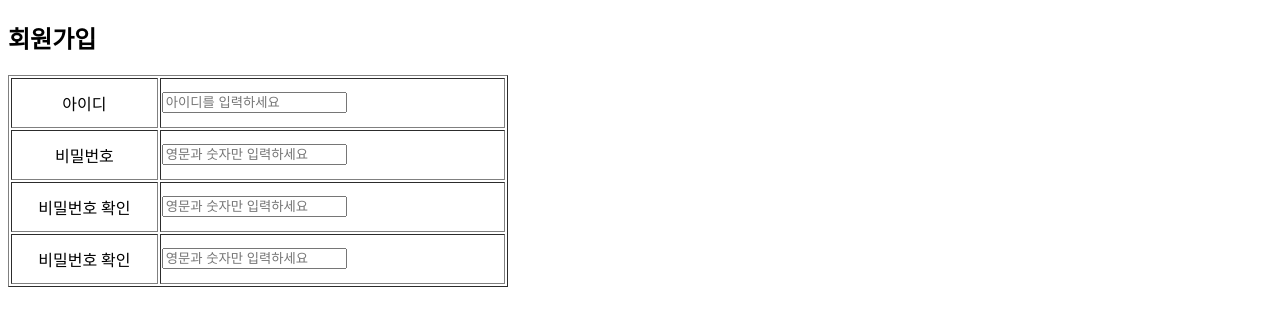
Repository: junirang330/Jsp2026
Page: http://localhost/chapter01/Request/Requestjoin.jsp
The author's editor kept a copy of each file at every save. The page is drawn from the files as they stood at one save, then again after the next save.
The browser window is 1280 px wide. The pictures show the whole page.
The page is served by Tomcat 9.

Above is the page before, as saved 2026-10-19 06:36:11.

### chapter01/src/main/webapp/Request/Requestjoin.jsp
<%@ page language="java" contentType="text/html; charset=UTF-8"
    pageEncoding="UTF-8" import = "java.util.*" %>
<!DOCTYPE html>
<html>
<head>
<meta charset="UTF-8">
<title>회원가입</title>
</head>
<body>
	<div class="container02">
		<h2>회원가입</h2>
		<form action="RequestjoinProc.jsp" method = "post">
			<table width="500" border="1">
				<tr height = "50">
					<td align = "center" width = "150">아이디</td>
					<td width = "350">
						<input type = "text" name = "id" placeholder = "아이디를 입력하세요"/>
					</td>
				</tr>
				<tr height = "50">
					<td align = "center" width = "150">비밀번호</td>
					<td width = "350">
						<input type = "password" name = "pass" placeholder = "영문과 숫자만 입력하세요"/>
					</td>

				</tr>
				<tr height = "50">
					<td align = "center" width = "150">비밀번호 확인</td>
					<td width = "350">
						<input type = "password" name = "passchk" placeholder = "영문과 숫자만 입력하세요"/>
					</td>
				</tr>
				<tr height = "50">
					<td align = "center" width = "150">비밀번호 확인</td>
					<td width = "350">
						<input type = "password" name = "passchk" placeholder = "영문과 숫자만 입력하세요"/>
					</td>
				</tr>
			</table>
		</form>
	</div>

</body>
</html>

After the next save:
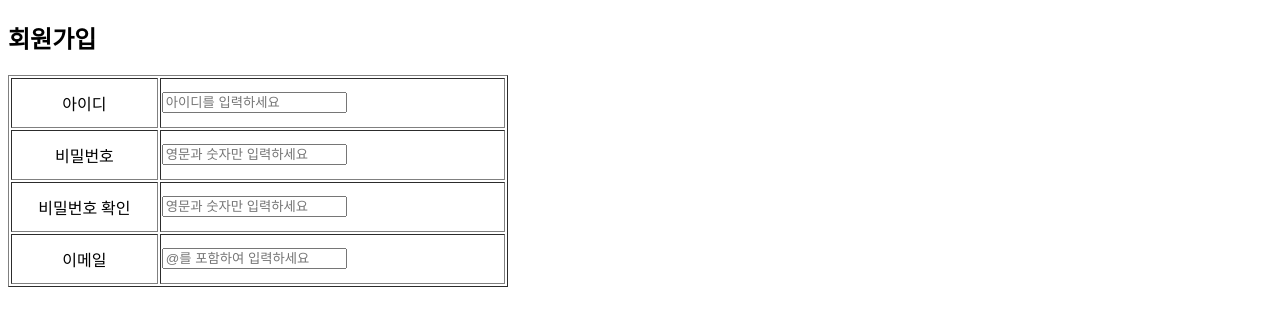
Saved 22 s later.
--- a/chapter01/src/main/webapp/Request/Requestjoin.jsp
+++ b/chapter01/src/main/webapp/Request/Requestjoin.jsp
@@ -31,9 +31,9 @@
 					</td>
 				</tr>
 				<tr height = "50">
-					<td align = "center" width = "150">비밀번호 확인</td>
+					<td align = "center" width = "150">이메일</td>
 					<td width = "350">
-						<input type = "password" name = "passchk" placeholder = "영문과 숫자만 입력하세요"/>
+						<input type = "email" name = "email" placeholder = "@를 포함하여 입력하세요"/>
 					</td>
 				</tr>
 			</table>
